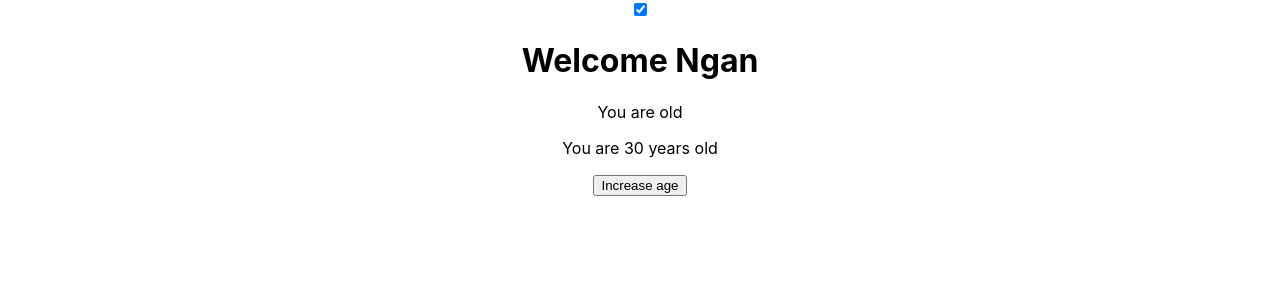
Repository: nguyenthibichngan/learn-react-redux
Page: /
The author's editor kept a copy of each file at every save. The page is drawn from the files as they stood at one save, then again after the next save.
The browser window is 1280 px wide. The pictures show the whole page.
The project was rebuilt for these pictures with package versions that can differ from the ones it lists, and the page was loaded fresh each time.

Above is the page before, as saved 2023-09-11 14:41:42.

### src/App.js
import "./App.css";
import { AgeCounter } from "./component/AgeCounter";
import { Greetings } from "./component/Greetings";

function App() {
  return (
    <div className="App">
      <input
        type="checkbox"
        checked
        onChange={function () {
          console.log("You clicked");
        }}
      />
      <h1>Welcome Ngan</h1>
      <Greetings
        firstName={"Rachel"}
        lastName={"Green"}
        age={101}
        car={{ brand: "Viper", color: "red", speed: 200 }}
        doSomething={function () {
          console.log("Hi Ngannn");
        }}
      />

      <AgeCounter />
    </div>
  );
}

export default App;

### src/component/AgeCounter.js
import { useState } from "react";
import { AgeDisplay } from "./AgeDisplay";

export function AgeCounter(props) {
  //   let age = 30;

  //   function increaseAge() {
  //     age++;
  //   }

  const [age, setAge] = useState(30);

  function increaseAge() {
    setAge(age + 1);
  }

  return (
    <div>
      {/* <p>You are {age} years old</p> */}

      <AgeDisplay age={age} />
      <button onClick={increaseAge}>Increase age</button>
    </div>
  );
}

### src/component/Greetings.js
export function Greetings(props) {
  console.log(props);

  if (props.age > 100) {
    return <div>You are old</div>;
  } else {
    return <div>You are young</div>;
  }

  //   return (
  //     <div>
  //       Hi {props.firstName} {props.lastName} you are {props.age}
  //     </div>
  //   );
}

### src/component/AgeDisplay.js
export function AgeDisplay(props) {
  return <p>You are {props.age} years old</p>;
}

Loaded but not shown: public/index.html (common file); src/index.js (common file); src/index.css (common file); src/reportWebVitals.js (common file); src/App.css (common file)

After the next save:
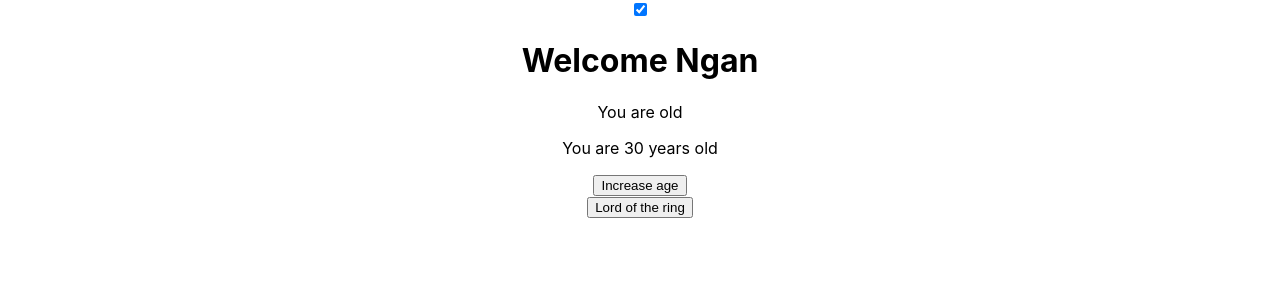
Saved 8 min 52 s later.
--- a/src/App.js
+++ b/src/App.js
@@ -1,8 +1,15 @@
+import { useState } from "react";
 import "./App.css";
 import { AgeCounter } from "./component/AgeCounter";
 import { Greetings } from "./component/Greetings";
 
 function App() {
+  const [movie, setMovie] = useState("Lord of the ring");
+
+  function updateMovie() {
+    setMovie("Fight club");
+  }
+
   return (
     <div className="App">
       <input
@@ -24,6 +31,8 @@ function App() {
       />
 
       <AgeCounter />
+
+      <button onClick={updateMovie}>{movie}</button>
     </div>
   );
 }
